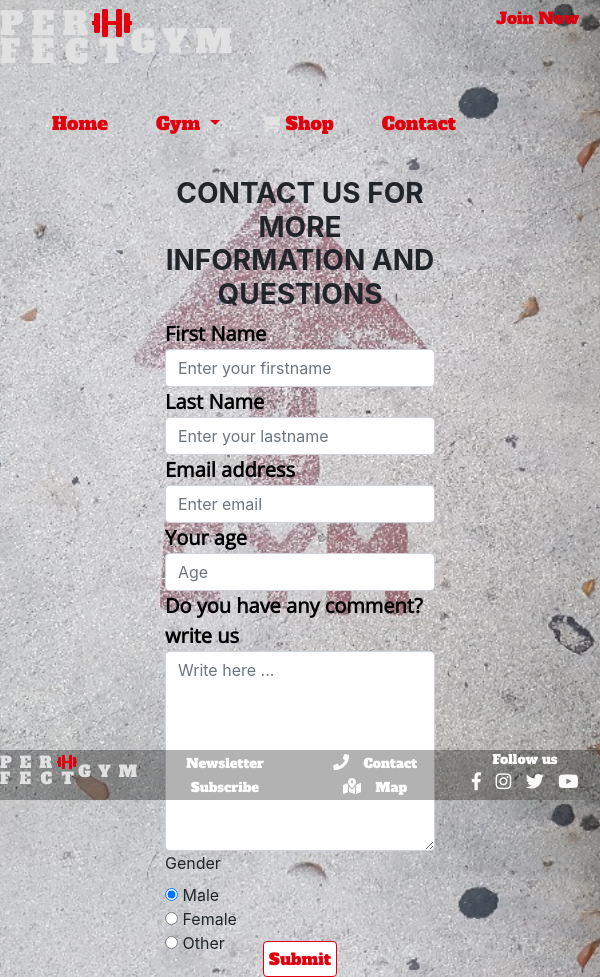
Repository: meghdadyazdi/UCFD-Milestone
Page: contact.html
The author's editor kept a record of every edit. The page is drawn from the files as they stood at one moment, then again after the next edit.
The browser window is 600 px wide. The pictures show the whole page.
Backgrounds fixed to the window are drawn as part of the page. Some web libraries are served in a nearby version.

Above is the page before.

After the next edit:
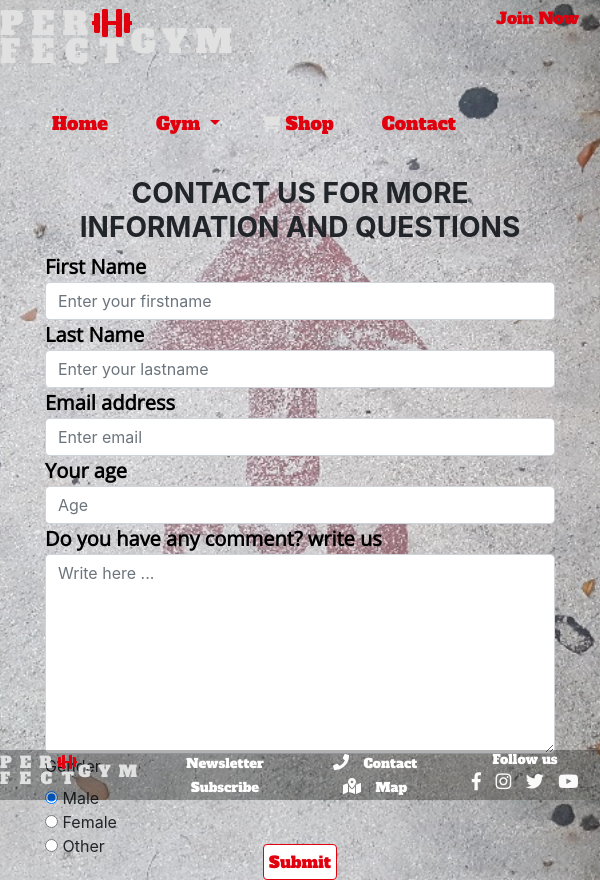
The edit:
--- a/style.css
+++ b/style.css
@@ -745,6 +745,10 @@
     .contact-body {
         background-image: url("images/gym-mobile.jpg");
     }
+
+    .contact{
+    max-width: 90%;
+}
 }
 
 @media only screen and (max-width: 576px) {
